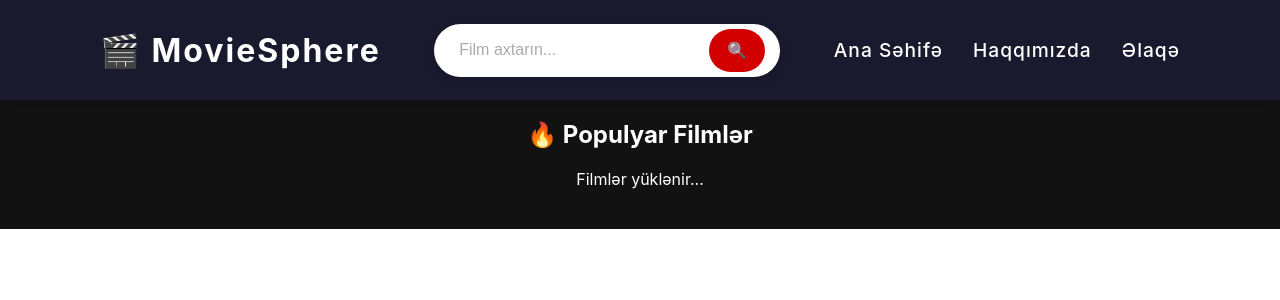
Repository: Zulfiyya077/InternIntelligence_MovieWebsite
Page: /
These files come from the project's save history. The page is drawn as it stood at one moment and after the next save; the edit follows.
The browser window is 1280 px wide. The pictures show the whole page.
The page's requests for data from a server got no answer. The project was rebuilt for these pictures with package versions that can differ from the ones it lists, and the page was loaded fresh each time. No one was signed in, and anything a server would have sent is missing. Also part of the build but not shown: vite.config.js, src/components/MovieCard.module.css, src/components/MovieCard.jsx, src/pages/MovieDetailsPage.module.css, src/pages/MovieDetailsPage.jsx, src/pages/About.module.css, src/pages/About.jsx, src/pages/Contact.module.css and 3 more.

Above is the page before, as saved 2025-02-24 03:37:08.

After the next save:
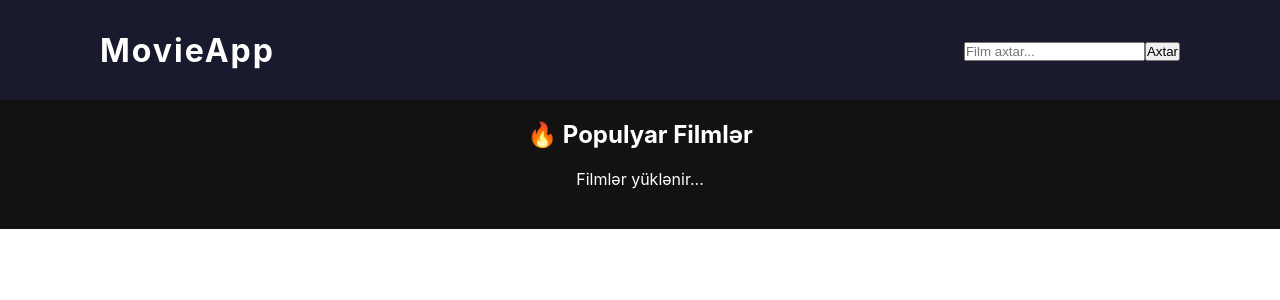
Saved 19 s later.
--- a/src/components/Navbar.jsx
+++ b/src/components/Navbar.jsx
@@ -1,21 +1,32 @@
-import React from 'react';
-import { Link } from 'react-router-dom';
-import SearchBar from './SearchBar';
+import React, { useState } from 'react';
+import { useNavigate } from 'react-router-dom';
 import styles from './Navbar.module.css';
 
 const Navbar = () => {
+    const [searchQuery, setSearchQuery] = useState('');
+    const navigate = useNavigate();
+
+    const handleSearch = () => {
+        if (searchQuery.trim()) {
+            navigate(`/search/${searchQuery}`);  // Axtarışa görə nəticələrə yönləndiririk
+        }
+    };
+
     return (
-        <nav className={styles.navbar}>
+        <div className={styles.navbar}>
             <div className={styles.logo}>
-                <Link to="/">🎬 MovieSphere</Link>
+                <a href="/">MovieApp</a>
             </div>
-            <SearchBar />
-            <ul className={styles.navLinks}>
-                <li><Link to="/">Ana Səhifə</Link></li>
-                <li><Link to="/about">Haqqımızda</Link></li>
-                <li><Link to="/contact">Əlaqə</Link></li>
-            </ul>
-        </nav>
+            <div className={styles.searchBar}>
+                <input
+                    type="text"
+                    placeholder="Film axtar..."
+                    value={searchQuery}
+                    onChange={(e) => setSearchQuery(e.target.value)}
+                />
+                <button onClick={handleSearch}>Axtar</button>
+            </div>
+        </div>
     );
 };
 

After the save that followed:
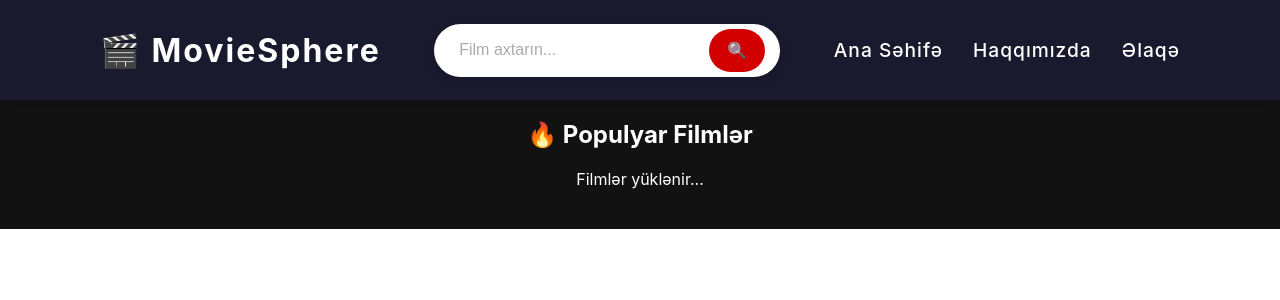
Saved 81 s later.
--- a/src/components/Navbar.jsx
+++ b/src/components/Navbar.jsx
@@ -1,32 +1,21 @@
-import React, { useState } from 'react';
-import { useNavigate } from 'react-router-dom';
+import React from 'react';
+import { Link } from 'react-router-dom';
+import SearchBar from './SearchBar';
 import styles from './Navbar.module.css';
 
 const Navbar = () => {
-    const [searchQuery, setSearchQuery] = useState('');
-    const navigate = useNavigate();
-
-    const handleSearch = () => {
-        if (searchQuery.trim()) {
-            navigate(`/search/${searchQuery}`);  // Axtarışa görə nəticələrə yönləndiririk
-        }
-    };
-
     return (
-        <div className={styles.navbar}>
+        <nav className={styles.navbar}>
             <div className={styles.logo}>
-                <a href="/">MovieApp</a>
+                <Link to="/">🎬 MovieSphere</Link>
             </div>
-            <div className={styles.searchBar}>
-                <input
-                    type="text"
-                    placeholder="Film axtar..."
-                    value={searchQuery}
-                    onChange={(e) => setSearchQuery(e.target.value)}
-                />
-                <button onClick={handleSearch}>Axtar</button>
-            </div>
-        </div>
+            <SearchBar />
+            <ul className={styles.navLinks}>
+                <li><Link to="/">Ana Səhifə</Link></li>
+                <li><Link to="/about">Haqqımızda</Link></li>
+                <li><Link to="/contact">Əlaqə</Link></li>
+            </ul>
+        </nav>
     );
 };
 
